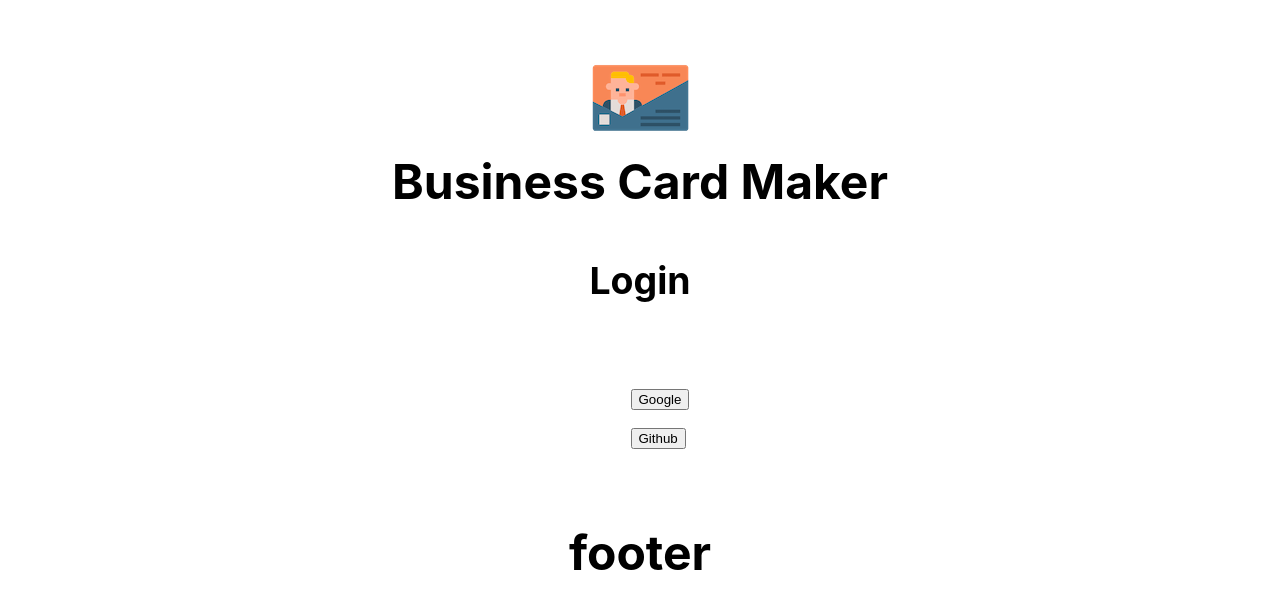
Repository: gomgomigom/firebase_practice_card_maker
Page: /
These files come from the project's save history. The page is drawn as it stood at one moment and after the next save; the edit follows.
The browser window is 1280 px wide. The pictures show the whole page.
The page's requests for data from a server got no answer. The project was rebuilt for these pictures with package versions that can differ from the ones it lists, and the page was loaded fresh each time. No one was signed in, and anything a server would have sent is missing.

Above is the page before, as saved 2022-01-21 13:51:52.

After the next save:
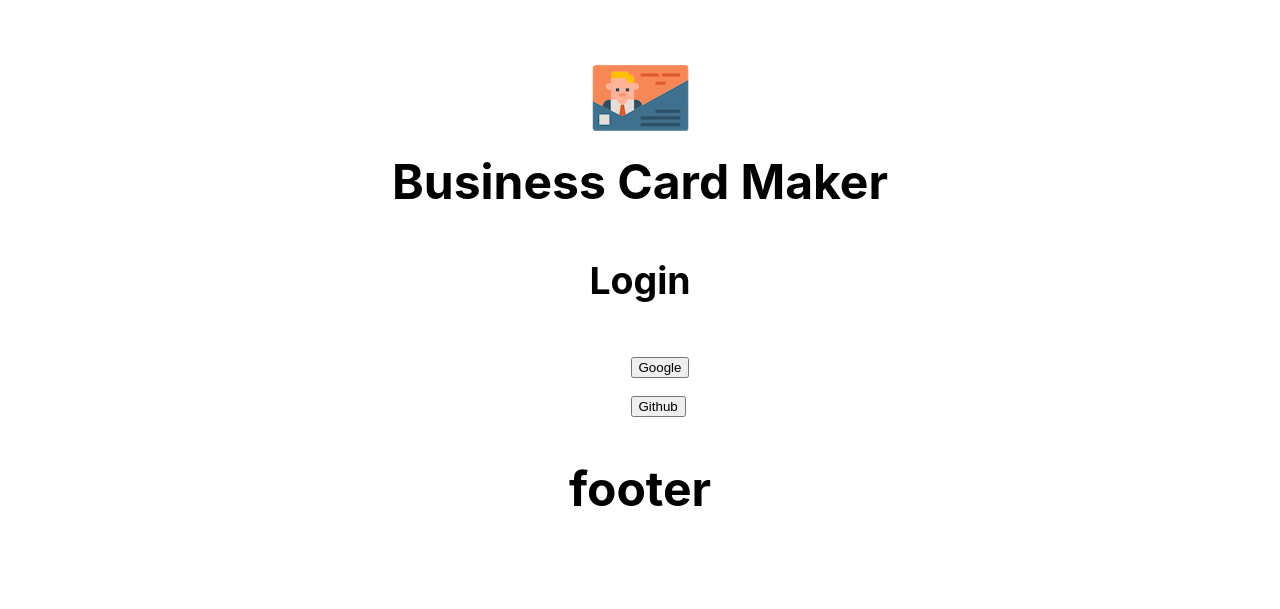
Saved 17 s later.
--- a/src/components/login/login.module.css
+++ b/src/components/login/login.module.css
@@ -21,3 +21,7 @@
 li {
   list-style: none;
 }
+
+ul {
+  margin: 0;
+}
